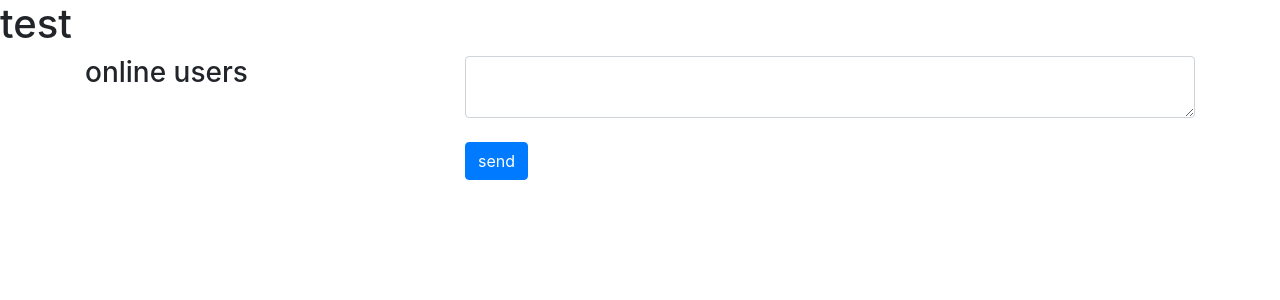
Repository: lakitha96/chat-socket.io
Page: index.html
The author's editor kept a copy of each file at every save. The page is drawn from the files as they stood at one save, then again after the next save.
The browser window is 1280 px wide. The pictures show the whole page.
Some web libraries are served in a nearby version.

Above is the page before, as saved 2018-07-17 15:26:41.
Not found: js/scripts.js

### index.html
<!doctype html>

<html lang="en">
<head>
  <meta charset="utf-8">

  <title>The HTML5 Herald</title>
  <meta name="description" content="The HTML5 Herald">
  <meta name="author" content="SitePoint">

  <link rel="stylesheet" href="https://maxcdn.bootstrapcdn.com/bootstrap/4.0.0/css/bootstrap.min.css" integrity="sha384-Gn5384xqQ1aoWXA+058RXPxPg6fy4IWvTNh0E263XmFcJlSAwiGgFAW/dAiS6JXm" crossorigin="anonymous">
  <script src="https://code.jquery.com/jquery-3.2.1.slim.min.js" integrity="sha384-KJ3o2DKtIkvYIK3UENzmM7KCkRr/rE9/Qpg6aAZGJwFDMVNA/GpGFF93hXpG5KkN" crossorigin="anonymous"></script>
  <script src="https://cdnjs.cloudflare.com/ajax/libs/popper.js/1.12.9/umd/popper.min.js" integrity="sha384-ApNbgh9B+Y1QKtv3Rn7W3mgPxhU9K/ScQsAP7hUibX39j7fakFPskvXusvfa0b4Q" crossorigin="anonymous"></script>
  <script src="https://maxcdn.bootstrapcdn.com/bootstrap/4.0.0/js/bootstrap.min.js" integrity="sha384-JZR6Spejh4U02d8jOt6vLEHfe/JQGiRRSQQxSfFWpi1MquVdAyjUar5+76PVCmYl" crossorigin="anonymous"></script>
  <script src="https://cdnjs.cloudflare.com/ajax/libs/socket.io/2.1.1/socket.io.dev.js"></script>

  <!--[if lt IE 9]>
    <script src="https://cdnjs.cloudflare.com/ajax/libs/html5shiv/3.7.3/html5shiv.js"></script>
  <![endif]-->
</head>

<body>
  <script src="js/scripts.js"></script>
  <h1>test</h1>
  <div class="container">
    <div class="row">
      <div class="col-md-4">
          <div class="well">
            <h3>online users</h3>
            <ul class="list-group" id="users"></ul>
          </div>
      </div>

      <div class="col-md-8">
        <div class="chat" id="chat">
          <form id="message-form">
            <div class="form-group">
              <textarea id="message" class="form-control"></textarea>
            </br>
              <input type="submit" class="btn btn-primary" value="send">

              </div>
              </div>
            </div>
            </div>
          </form>
        </div>
      </div>

    </div>
  </div>
</body>
</html>

After the next save:
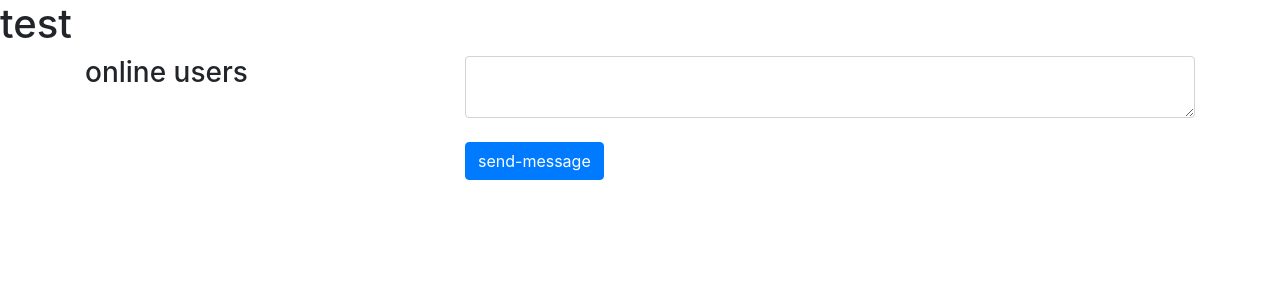
Saved 4 s later.
--- a/index.html
+++ b/index.html
@@ -37,7 +37,7 @@
             <div class="form-group">
               <textarea id="message" class="form-control"></textarea>
             </br>
-              <input type="submit" class="btn btn-primary" value="send">
+              <input type="submit" class="btn btn-primary" value="send-message">
 
               </div>
               </div>
